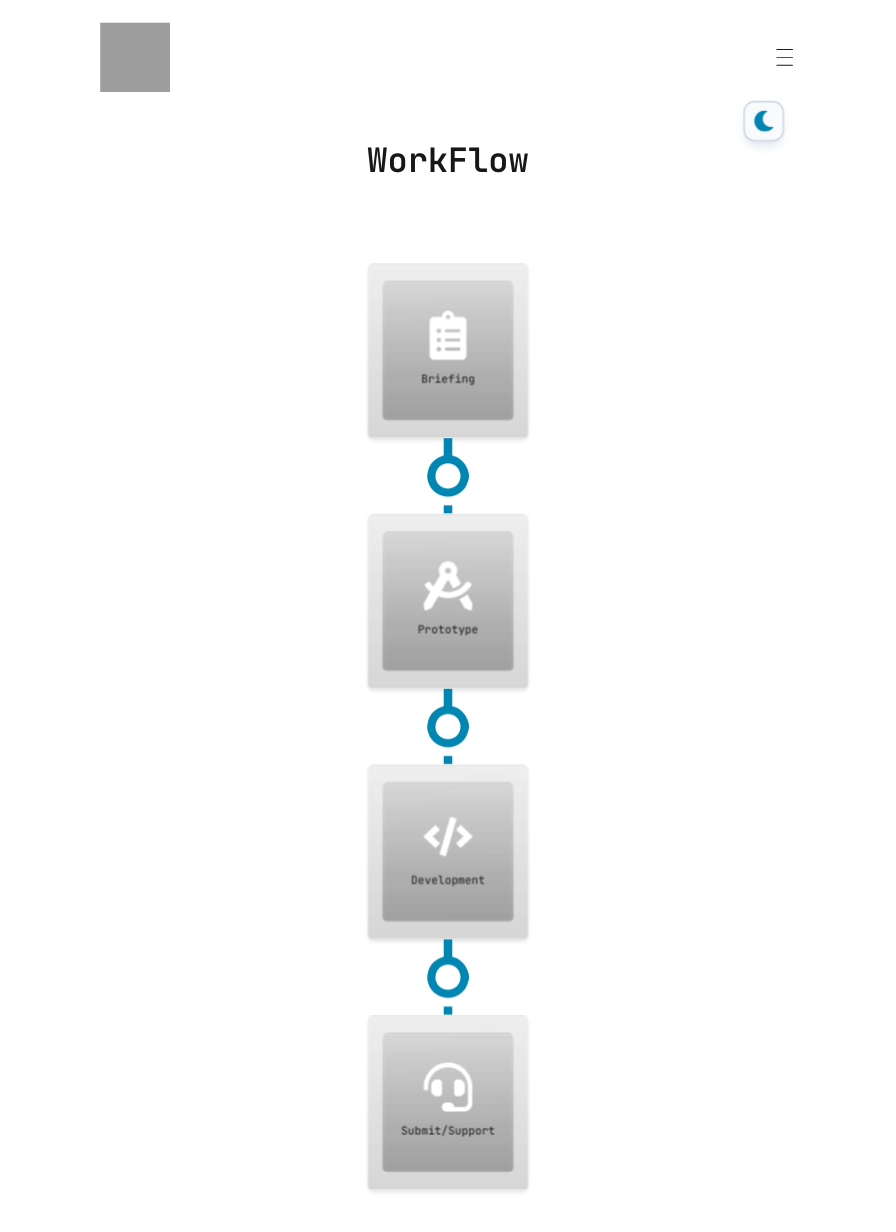
Repository: sergioscker/sergio-portfolio
Page: /services
These files come from the project's save history. The page is drawn as it stood at one moment and after a run of saves; the edit follows.
The browser window is 1280 px wide. The pictures show the whole page, at 70% of full size.
Pictures or frames that could not be fetched are drawn as grey boxes. The project was rebuilt for these pictures with package versions that can differ from the ones it lists, and the page was loaded fresh each time. The framework's server and built-in components were replaced by stand-ins that run in the browser. Also part of the build but not shown: next.config.mjs.

Above is the page before, as saved 2025-05-19 14:35:40.

### app/layout.jsx
// fonts
import { JetBrains_Mono } from 'next/font/google';
import './globals.css';

//components
import PageTransition from '@/components/PageTransition';

// import StairTransition from '@/components/StairTransition';
import { Header } from '@/components/Header';
import ThemeSwitcher from '@/components/ThemeSwitcher';
import ThemeProviderWrapper from '@/components/ThemeProvider';
import ClientOnly from '@/components/ClientOnly';

// fonts style
const jetBrainsMono = JetBrains_Mono({
  subsets: ['latin'],
  variable: '--font-jetbrainsMono',
  weight: ['100', '200', '300', '400', '500', '600', '700', '800'],
  display: 'swap',
});

// SEO
export const metadata = {
  title: 'Sérgio Oliveira | Fullstack Developer',
  description:
    'Portfólio profissional de Sérgio Oliveira, desenvolvedor web fullstack especializado em JavaScript, React, Node.js, TypeScript e Next.js. Veja projetos de alta performance e design moderno.',
  keywords:
    'Sérgio Oliveira, portfolio desenvolvedor web, fullstack developer, frontend, JavaScript, React, Next.js, Node.js, TypeScript, projetos web',
  openGraph: {
    title: 'Portfólio | Sérgio Oliveira',
    description:
      'Explore os projetos desenvolvidos por Sérgio Oliveira: soluções modernas em React, Node.js, e mais.',

    url: 'https://sergioliveira-portfolio.vercel.app',
    type: 'website',
  },
  robots: {
    index: true,
    follow: true,
    nocache: false,
    googleBot: {
      index: true,
      follow: true,
    },
  },
};

export default function RootLayout({ children }) {
  return (
    <html lang="en">
      <head>
        <meta
          name="google-site-verification"
          content="S4CLoUW9Lhz9BwQGpCYQw1kK9LWIxFI2aWJaFR9xZfc"
        />
      </head>

      <body className={`${jetBrainsMono.variable}  antialiased`}>
        <ClientOnly>
          <ThemeProviderWrapper>
            <Header />

            <ThemeSwitcher />

            <PageTransition>{children}</PageTransition>
          </ThemeProviderWrapper>
        </ClientOnly>
      </body>
    </html>
  );
}

### app/services/page.jsx
'use client';
import { motion } from 'framer-motion';

import Image from 'next/image';

import React from 'react';

export default function Services() {
  return (
    <section className="container px-5 py-5">
      <h2 className="font-semibold text-5xl text-center mb-10 p-5">WorkFlow</h2>

      <motion.div
        className="flex flex-col xl:flex-row flex-wrap items-center justify-center space-y-6 w-full p-10"
        initial={{ opacity: 0 }}
        animate={{
          opacity: 1,
          transition: { delay: 2, duration: 0.4, ease: 'easeIn' },
        }}
      >
        {/* breafing */}
        <div className="flex items-center justify-center bg-gradient-to-b from-[#8c8c8c25] to-[#3d3d3d36] backdrop-blur-[4px] border border-white/10 rounded-lg shadow-md p-5 w-[230px] h-[250px] mt-6">
          <div
            className="flex flex-col justify-center gap-3 items-center bg-gradient-to-b from-[#8c8c8c10] to-[#3d3d3d36]
            backdrop-blur-[4px] border border-white/10 rounded-lg p-6 w-[200px] h-[200px]"
          >
            <Image
              src="/assets/work/briefing.svg"
              alt="briefing-logo"
              width={70}
              height={70}
              quality={100}
              className="text-accent"
            />

            <p>Briefing</p>
          </div>
        </div>

        <Image
          src="/assets/work/arrow.svg"
          alt="arrow-icon"
          width={100}
          height={100}
          quality={100}
          className="rotate-90 xl:rotate-0 w-auto h-auto"
        />

        {/* prototype */}
        <div className="flex items-center justify-center bg-gradient-to-b from-[#8c8c8c25] to-[#3d3d3d36] backdrop-blur-[4px] border border-white/10 rounded-lg shadow-md p-5 w-[230px] h-[250px]">
          <div
            className="flex flex-col justify-center gap-3 items-center bg-gradient-to-b from-[#8c8c8c10] to-[#3d3d3d36]
            backdrop-blur-[4px] border border-white/10 rounded-lg p-6 w-[200px] h-[200px]"
          >
            <Image
              src="/assets/work/prototype.svg"
              alt="prototype-logo"
              width={70}
              height={70}
              quality={100}
            />

            <p>Prototype</p>
          </div>
        </div>

        <Image
          src="/assets/work/arrow.svg"
          alt="arrow-icon"
          width={100}
          height={100}
          quality={100}
          className="rotate-90 xl:rotate-0 w-auto h-auto"
        />

        {/* development */}
        <div className="flex items-center justify-center bg-gradient-to-b from-[#8c8c8c25] to-[#3d3d3d36] backdrop-blur-[4px] border border-white/10 rounded-lg shadow-md p-5 w-[230px] h-[250px]">
          <div
            className="flex flex-col justify-center gap-3 items-center bg-gradient-to-b from-[#8c8c8c10] to-[#3d3d3d36]
            backdrop-blur-[4px] border border-white/10 rounded-lg p-6 w-[200px] h-[200px] "
          >
            <Image
              src="/assets/work/development.svg"
              alt="development-logo"
              width={70}
              height={70}
              quality={100}
            />

            <p>Development</p>
          </div>
        </div>

        <Image
          src="/assets/work/arrow.svg"
          alt="arrow-icon"
          width={100}
          height={100}
          quality={100}
          className="rotate-90 xl:rotate-0 w-auto h-auto"
        />

        {/* submit */}
        <div className="flex items-center justify-center bg-gradient-to-b from-[#8c8c8c25] to-[#3d3d3d36] backdrop-blur-[4px] border border-white/10 rounded-lg shadow-md p-5 w-[230px] h-[250px]">
          <div
            className="flex flex-col justify-center gap-3 items-center bg-gradient-to-b from-[#8c8c8c10] to-[#3d3d3d36]
            backdrop-blur-[4px] border border-white/10 rounded-lg p-6 w-[200px] h-[200px]"
          >
            <Image
              src="/assets/work/submit.svg"
              alt="submit-logo"
              width={70}
              height={70}
              quality={100}
            />

            <p>Submit/Support</p>
          </div>
        </div>
      </motion.div>
    </section>
  );
}

### app/globals.css
@tailwind base;
@tailwind components;
@tailwind utilities;

@layer base {
  body {
    @apply font-primary bg-white text-neutral-900 leading-loose;
    @apply dark:bg-primary dark:text-white leading-loose;
    font-family: var(--font-jetbrainsMono);
  }

  .h1 {
    @apply text-[48px] xl:text-[80px] leading-[1.1] font-semibold;
  }

  .h2 {
    @apply text-[36px] xl:text-[48px] leading-[1.1] font-semibold;
  }

  .h3 {
    @apply text-[20px] xl:text-[32px] leading-[1.1] font-semibold;
  }
}

/* Estilos personalizados */
.text-outline {
  -webkit-text-stroke: 1px #ffffff;
}

.text-outline-hover {
  -webkit-text-stroke: 1px #4a8fff;
}

### components/PageTransition.jsx
'use client';

import { AnimatePresence, motion } from 'framer-motion';
import { usePathname } from 'next/navigation';

const PageTransition = ({ children }) => {
  const pathname = usePathname();

  return (
    <AnimatePresence>
      <div key={pathname}>
        <motion.div
          initial={{ opacity: 1 }}
          animate={{
            opacity: 0,
            transition: { delay: 1, duration: 0.4, ease: 'easeInOut' },
          }}
          className="h-screen w-screen fixed bg-primary top-0 pointer-events-none"
        />
        {children}
      </div>
    </AnimatePresence>
  );
};

export default PageTransition;

### components/Header.jsx
import Link from 'next/link';
import { Button } from './ui/button';

//components
import Nav from './Nav';
import MobileNav from './MobileNav';
import Image from 'next/image';

export const Header = () => {
  return (
    <header className="py-8 xl:py-14 dark:text-white">
      <div className="container mx-auto flex justify-between items-center">
        {/* logo */}
        <Link href="/">
          <Image
            src="/icon.png"
            className='h-[100px] w-[100px]'
            alt="icon"
            priority
            quality={100}
            width={100}
            height={100}
            draggable="false"
          />
        </Link>

        {/* desktop nav & hire me button */}
        <div className="hidden xl:flex items-center gap-8">
          <Nav />
          <Link href="/contact">
            <Button>Hire me</Button>
          </Link>
        </div>

        {/* mobile nav */}
        <div className="xl:hidden">
          <MobileNav />
        </div>
      </div>
    </header>
  );
};

### components/ThemeSwitcher.jsx
'use client';

import { useTheme } from 'next-themes';
import { FaSun, FaMoon } from 'react-icons/fa';

export default function ThemeSwitcher() {
  const { theme, setTheme } = useTheme();

  return (
    <button
      className="dark:bg-neutral-900 bg-slate-50 hover:text-accent-hover text-accent fixed right-3
    lg:right-40 top-[6.1rem] md:top-36 p-3 border-2 hover:border-slate-400 border-slate-300
     dark:border-neutral-800 dark:hover:border-neutral-500
     rounded-2xl shadow-lg dark:shadow-black shadow-slate-200
     transition delay-100 ease-linear z-40"
      onClick={() => setTheme(theme === 'dark' ? 'light' : 'dark')}
    >
      {theme === 'dark' ? <FaSun size={30} /> : <FaMoon size={30} />}
    </button>
  );
}

### components/ThemeProvider.jsx
'use client';

import { ThemeProvider } from 'next-themes';

export default function ThemeProviderWrapper({ children }) {
  return <ThemeProvider attribute="class">{children}</ThemeProvider>;
}

### components/ClientOnly.jsx
'use client';

import { useEffect, useState } from 'react';

export default function ClientOnly({ children }) {
  const [hasMounted, setHasMounted] = useState(false);

  useEffect(() => {
    setHasMounted(true);
  }, []);

  if (!hasMounted) {
    return null;
  }

  return <>{children}</>;
}

### components/ui/button.jsx
import * as React from 'react';
import { Slot } from '@radix-ui/react-slot';
import { cva } from 'class-variance-authority';

import { cn } from '@/lib/utils';

const buttonVariants = cva(
  `inline-flex items-center justify-center whitespace-nowrap rounded-full text-base
  font-semibold ring-offset-white transition-colors`,

  {
    variants: {
      variant: {
        default: 'bg-accent text-primary hover:bg-accent-hover ',
        primary: 'bg-primary text-white',
        outline:
          'border border-accent bg-transparent text-accent hover:bg-accent hover:text-primary',
      },
      size: {
        default: 'h-[44px] px-6',
        md: 'h-[48px] px-6',
        lg: 'h-[56px] px-8 text-sm uppercase tracking-[2px]',
      },
    },
    defaultVariants: {
      variant: 'default',
      size: 'default',
    },
  },
);

const Button = React.forwardRef(
  ({ className, variant, size, asChild = false, ...props }, ref) => {
    const Comp = asChild ? Slot : 'button';
    return (
      <Comp
        className={cn(buttonVariants({ variant, size, className }))}
        ref={ref}
        {...props}
      />
    );
  },
);
Button.displayName = 'Button';

export { Button, buttonVariants };

### components/Nav.jsx
'use client';

import Link from 'next/link';
import { usePathname } from 'next/navigation';

const links = [
  {
    name: 'home',
    path: '/',
  },
  {
    name: 'services',
    path: '/services',
  },
  {
    name: 'resume',
    path: '/resume',
  },
  {
    name: 'work',
    path: '/work',
  },
  {
    name: 'contact',
    path: '/contact',
  },
];

const Nav = () => {
  const pathname = usePathname();

  return (
    <nav className="flex gap-8">
      {links.map((link, index) => {
        return (
          <Link
            href={link.path}
            key={index}
            className={`${
              link.path === pathname && 'text-accent border-b-2 border-accent'
            } capitalize font-medium hover:text-accent-hover transition-all`}
          >
            {link.name}
          </Link>
        );
      })}
    </nav>
  );
};

export default Nav;

### components/MobileNav.jsx
'use client';

import { useState } from 'react';

import Link from 'next/link';

import {
  Sheet,
  SheetContent,
  SheetTitle,
  SheetTrigger,
} from '@/components/ui/sheet';

import { usePathname } from 'next/navigation';

import { CiMenuBurger } from 'react-icons/ci';

import { VisuallyHidden } from '@reach/visually-hidden';

import Image from 'next/image';

const links = [
  { name: 'home', path: '/' },
  { name: 'services', path: '/services' },
  { name: 'resume', path: '/resume' },
  { name: 'work', path: '/work' },
  { name: 'contact', path: '/contact' },
];

const MobileNav = () => {
  const pathname = usePathname();

  const [isOpen, setIsOpen] = useState(false);

  return (
    <Sheet open={isOpen} onOpenChange={setIsOpen}>
      <SheetTrigger
        className="flex justify-center items-center"
        onClick={() => setIsOpen(!isOpen)}
      >
        <CiMenuBurger className="text-[32px] dark:text-accent" />
      </SheetTrigger>

      <SheetContent aria-describedby="dialog-title">
        {/* Title hidden for accessibility */}
        <SheetTitle id="dialog-title">
          <VisuallyHidden>Navigation Menu</VisuallyHidden>
        </SheetTitle>

        {/* logo */}
        <div className="flex items-center justify-center mt-28 pb-5">
          <Link href="/">
            <Image
              src="/assets/icon.svg"
              alt="icon"
              priority
              quality={100}
              width={80}
              height={80}
              className="object-contain"
              draggable="false"
            />
          </Link>
        </div>

        {/* nav */}
        <nav className="flex flex-col justify-center items-center gap-6 mt-10">
          {links.map((link, index) => {
            return (
              <Link
                href={link.path}
                key={index}
                onClick={() => setIsOpen(false)}
                className={`${
                  link.path === pathname &&
                  'text-accent border-b-2 border-accent'
                } text-xl capitalize hover:text-accent-hover transition-all`}
              >
                {link.name}
              </Link>
            );
          })}
        </nav>
      </SheetContent>
    </Sheet>
  );
};

export default MobileNav;

### components/ui/sheet.jsx
'use client';
import * as React from 'react';
import * as SheetPrimitive from '@radix-ui/react-dialog';
import { cva } from 'class-variance-authority';
import { cn } from '@/lib/utils';

import { IoMdClose } from 'react-icons/io';

const Sheet = SheetPrimitive.Root;

const SheetTrigger = SheetPrimitive.Trigger;

const SheetClose = SheetPrimitive.Close;

const SheetPortal = SheetPrimitive.Portal;

const SheetOverlay = React.forwardRef(({ className, ...props }, ref) => (
  <SheetPrimitive.Overlay
    className={cn(
      'fixed inset-0 z-50 bg-black/80  data-[state=open]:animate-in data-[state=closed]:animate-out data-[state=closed]:fade-out-0 data-[state=open]:fade-in-0',
      className,
    )}
    {...props}
    ref={ref}
  />
));
SheetOverlay.displayName = SheetPrimitive.Overlay.displayName;

const sheetVariants = cva(
  'fixed z-50 gap-4 bg-primary p-6 shadow-lg transition ease-in-out data-[state=open]:animate-in data-[state=closed]:animate-out data-[state=closed]:duration-300 data-[state=open]:duration-500 dark:bg-primary',
  {
    variants: {
      side: {
        top: 'inset-x-0 top-0 border-b data-[state=closed]:slide-out-to-top data-[state=open]:slide-in-from-top',
        bottom:
          'inset-x-0 bottom-0 border-t data-[state=closed]:slide-out-to-bottom data-[state=open]:slide-in-from-bottom',
        left: 'inset-y-0 left-0 h-full w-3/4 border-r data-[state=closed]:slide-out-to-left data-[state=open]:slide-in-from-left sm:max-w-sm',
        right:
          'inset-y-0 right-0 h-full w-3/4 data-[state=closed]:slide-out-to-right data-[state=open]:slide-in-from-right sm:max-w-sm',
      },
    },
    defaultVariants: {
      side: 'right',
    },
  },
);

const SheetContent = React.forwardRef(
  ({ side = 'right', className, children, ...props }, ref) => (
    <SheetPortal>
      <SheetOverlay />
      <SheetPrimitive.Content
        ref={ref}
        className={cn(sheetVariants({ side }), className)}
        {...props}
      >
        {children}
        <SheetPrimitive.Close className="absolute right-8 top-8 transition-opacity outline-none">
          <IoMdClose className="text-3xl text-accent" />
          <span className="sr-only">Close</span>
        </SheetPrimitive.Close>
      </SheetPrimitive.Content>
    </SheetPortal>
  ),
);
SheetContent.displayName = SheetPrimitive.Content.displayName;

const SheetHeader = ({ className, ...props }) => (
  <div
    className={cn(
      'flex flex-col space-y-2 text-center sm:text-left',
      className,
    )}
    {...props}
  />
);
SheetHeader.displayName = 'SheetHeader';

const SheetFooter = ({ className, ...props }) => (
  <div
    className={cn(
      'flex flex-col-reverse sm:flex-row sm:justify-end sm:space-x-2',
      className,
    )}
    {...props}
  />
);
SheetFooter.displayName = 'SheetFooter';

const SheetTitle = React.forwardRef(({ className, ...props }, ref) => (
  <SheetPrimitive.Title
    ref={ref}
    className={cn(
      'text-lg font-semibold text-slate-950 dark:text-slate-50',
      className,
    )}
    {...props}
  />
));
SheetTitle.displayName = SheetPrimitive.Title.displayName;

const SheetDescription = React.forwardRef(({ className, ...props }, ref) => (
  <SheetPrimitive.Description
    ref={ref}
    className={cn('text-sm text-slate-500 dark:text-slate-400', className)}
    {...props}
  />
));
SheetDescription.displayName = SheetPrimitive.Description.displayName;

export {
  Sheet,
  SheetPortal,
  SheetOverlay,
  SheetTrigger,
  SheetClose,
  SheetContent,
  SheetHeader,
  SheetFooter,
  SheetTitle,
  SheetDescription,
};

### tailwind.config.js
/** @type {import('tailwindcss').Config} */
module.exports = {
  darkMode: 'class',
  content: [
    './app/**/*.{js,ts,jsx,tsx}',
    './components/**/*.{js,ts,jsx,tsx}',
    './pages/**/*.{js,ts,jsx,tsx}',
  ],
  theme: {
    container: {
      center: true,
      padding: '15px',
    },
    screens: {
      sm: '640px',
      md: '768px',
      lg: '1024px',
      xl: '1400px',
      '2xl': '1600px',
    },
    fontFamily: {
      primary: ['JetBrains', 'sans-serif'],
    },
    extend: {
      colors: {
        primary: '#0a0a0a',
        accent: {
          DEFAULT: '#0086b0',
          hover: '#01579b',
        },
        borderRadius: {
          lg: 'var(--radius)',
          md: 'calc(var(--radius) - 2px)',
          sm: 'calc(var(--radius) - 4px)',
        },
      },
    },
  },
  plugins: [require('tailwindcss-animate')],
};

Loaded but not shown: lib/utils.js (common file)

After the next 2 saves:
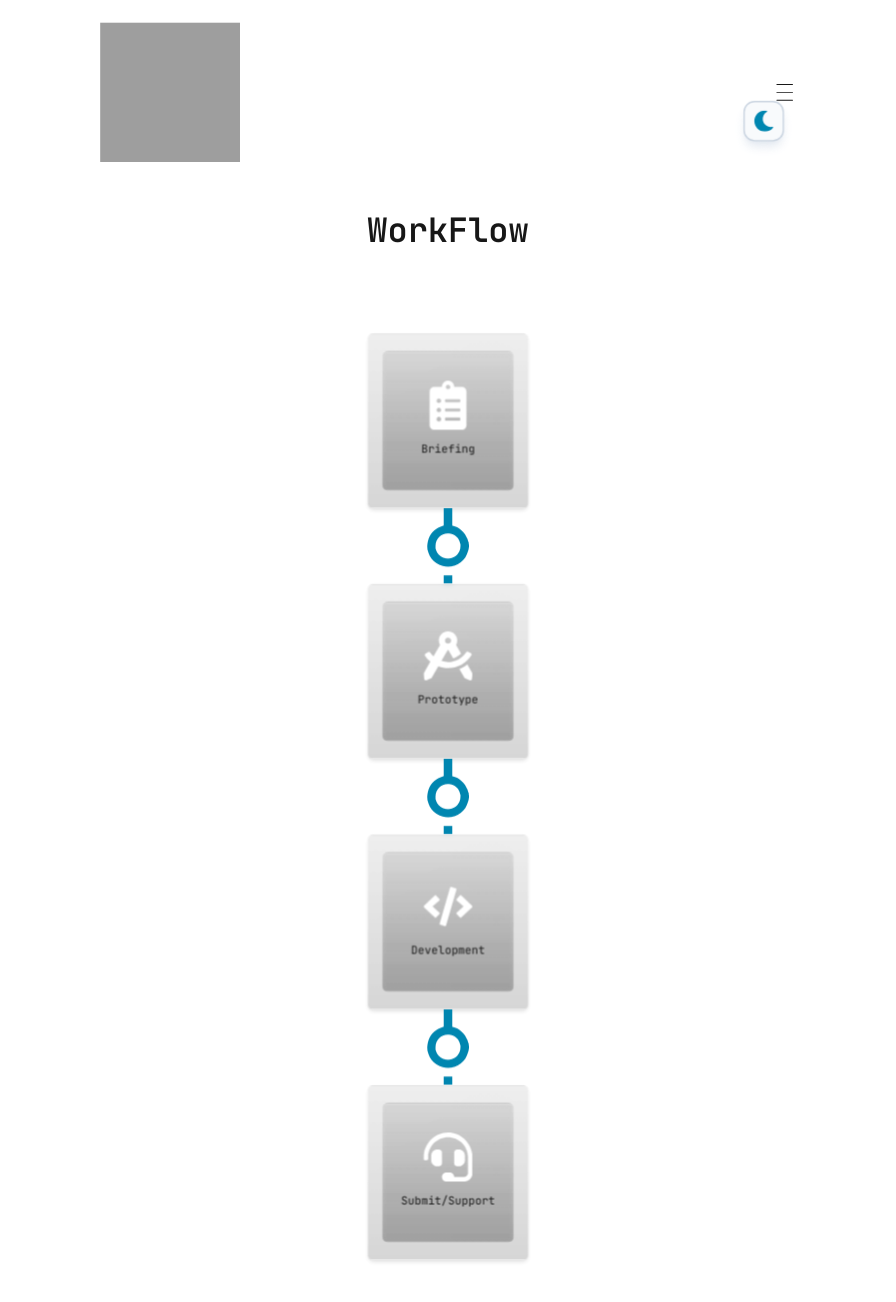
The 2 saves are shown as one change because they came seconds apart.
The last was saved 7 s later.
--- a/components/Header.jsx
+++ b/components/Header.jsx
@@ -14,7 +14,7 @@ export const Header = () => {
         <Link href="/">
           <Image
             src="/icon.png"
-            className='h-[100px] w-[100px]'
+            className='h-[200px] w-[200px]'
             alt="icon"
             priority
             quality={100}
